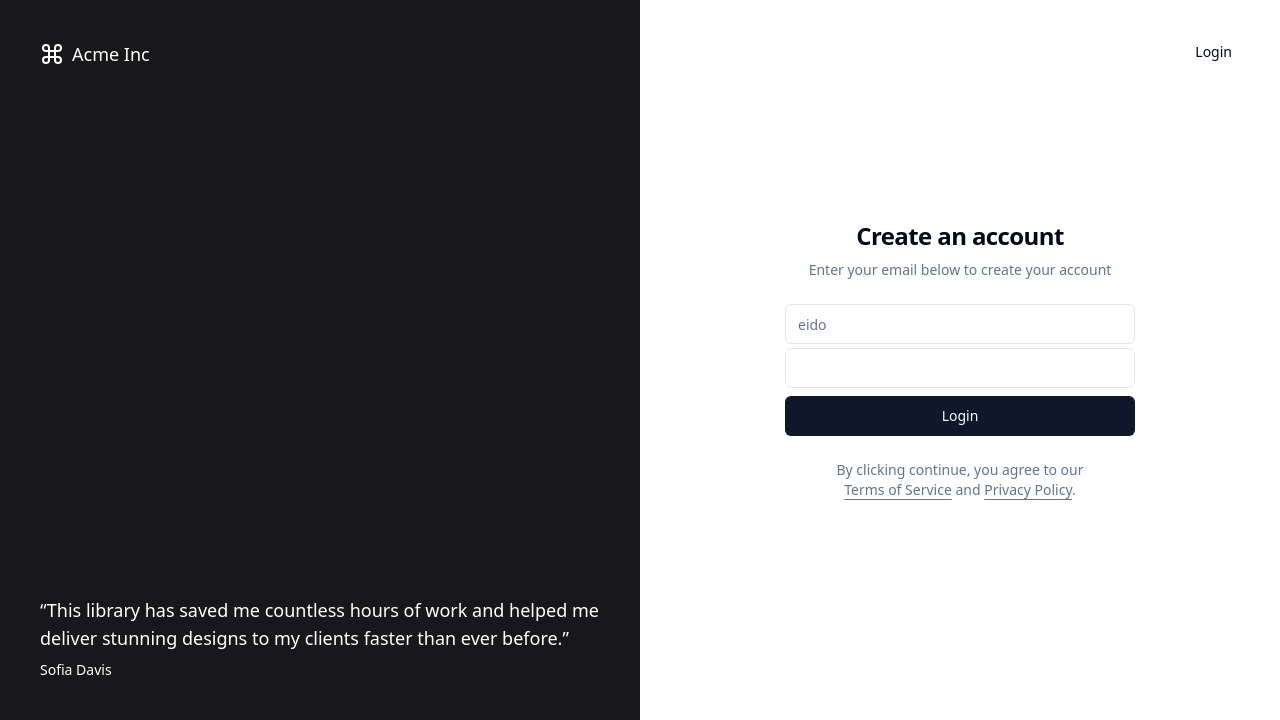
Repository: AnatholyB1/eido
Page: /login
These files come from the project's save history. The page is drawn as it stood at one moment and after the next save; the edit follows.
The browser window is 1280 px wide. The pictures show the whole page.
The project was rebuilt for these pictures with package versions that can differ from the ones it lists, and the page was loaded fresh each time. The framework's server and built-in components were replaced by stand-ins that run in the browser. Also part of the build but not shown: next.config.mjs, src/components/icons.tsx.

Above is the page before, as saved 2024-03-05 22:25:00.

After the next save:
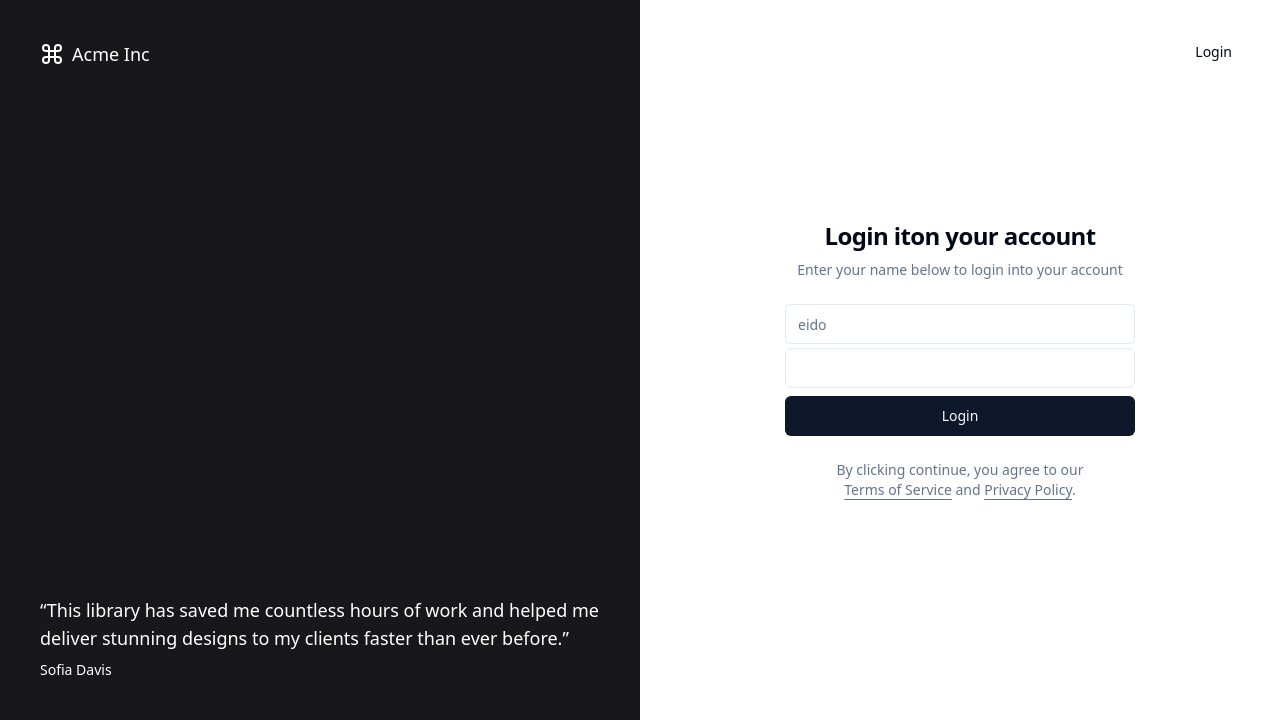
Saved 43 s later.
--- a/src/pages/login.tsx
+++ b/src/pages/login.tsx
@@ -73,10 +73,10 @@ export default function AuthenticationPage() {
           <div className="mx-auto flex w-full flex-col justify-center space-y-6 sm:w-[350px]">
             <div className="flex flex-col space-y-2 text-center">
               <h1 className="text-2xl font-semibold tracking-tight">
-                Create an account
+                Login iton your account
               </h1>
               <p className="text-sm text-muted-foreground">
-                Enter your email below to create your account
+                Enter your name below to login into your account
               </p>
             </div>
             <UserAuthFormLogin />
